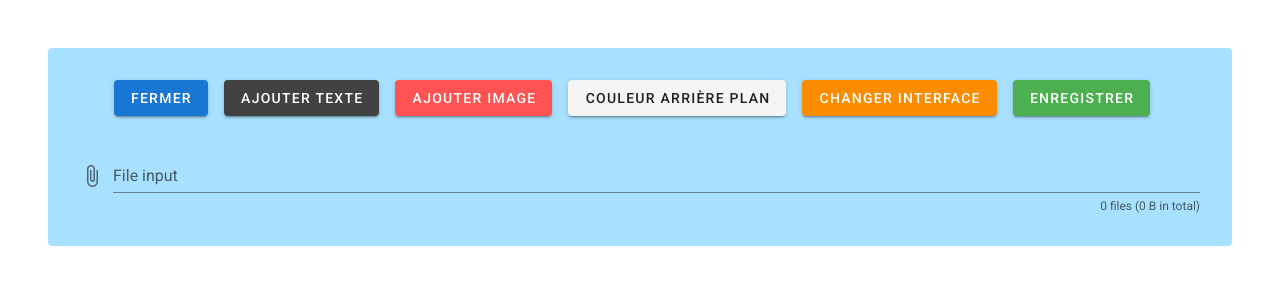
Repository: Hamagistral/BannerApp-Vue
Page: /#/dynamicPage
These files come from the project's save history. The page is drawn as it stood at one moment and after the next save; the edit follows.
The browser window is 1280 px wide. The pictures show the whole page.
The project was rebuilt for these pictures with package versions that can differ from the ones it lists, and the page was loaded fresh each time. Also part of the build but not shown: vue.config.js, src/components/WidgetText.vue, src/components/WidgetImage.vue, src/components/Home.vue.

Above is the page before, as saved 2023-02-07 01:49:56.

After the next save:
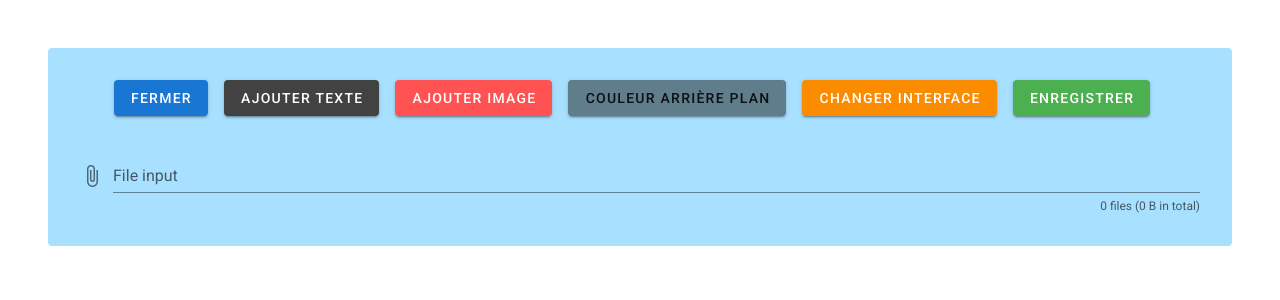
Saved 35 s later.
--- a/src/components/DynamicPage.vue
+++ b/src/components/DynamicPage.vue
@@ -14,7 +14,7 @@
           Ajouter Image
         </v-btn>
 
-        <v-btn class="mr-4">
+        <v-btn color="blue-grey" class="mr-4">
               Couleur Arrière Plan
               <template v-slot:append>
                 <v-menu v-model="menu" top nudge-bottom="105" nudge-left="16" :close-on-content-click="false">
